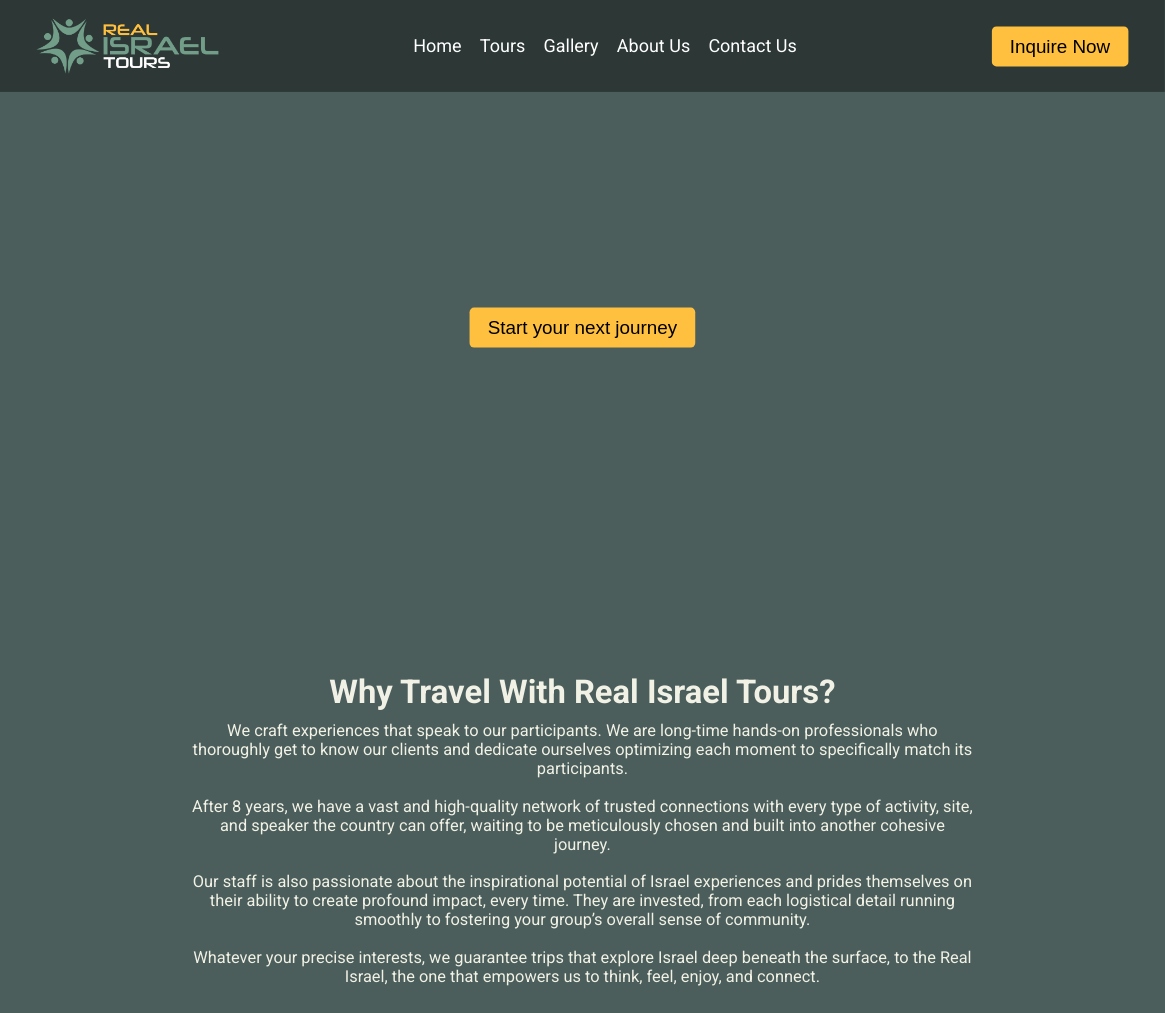
Repository: Pafestivo/realIsraelTours
Page: / (app in frontend/)
These files come from the project's save history. The page is drawn as it stood at one moment and after the next save; the edit follows.
The browser window is 1280 px wide. The pictures show the whole page, at 91% of full size.
The project was rebuilt for these pictures with package versions that can differ from the ones it lists, and the page was loaded fresh each time. The framework's server and built-in components were replaced by stand-ins that run in the browser. Also part of the build but not shown: frontend/next.config.js.

Above is the page before, as saved 2023-09-19 22:01:09.

### frontend/src/app/layout.tsx
import type { Metadata } from "next";
import "@/styles/globals.css";
import { roboto } from "@/app/fonts";

export const metadata: Metadata = {
  title: "Real Israel Tours",
  description: "Plan your next tour",
};

export default function RootLayout({
  children,
}: {
  children: React.ReactNode;
}) {
  return (
    <html lang="en">
      <body className={roboto.className}>{children}</body>
    </html>
  );
}

### frontend/src/app/page.tsx
import Header from "@/components/Header";
import "@/styles/homePage.css";

export default function Home() {
  return (
    <div>
      <Header />
      <div className="cta-div">
        <button>Start your next journey</button>
      </div>
      <div className="pageContainer">
        <h1>Why Travel With Real Israel Tours?</h1>
        <div className="info-block">
          We craft experiences that speak to our participants. We are long-time
          hands-on professionals who thoroughly get to know our clients and
          dedicate ourselves optimizing each moment to specifically match its
          participants.
        </div>
        <div className="info-block">
          After 8 years, we have a vast and high-quality network of trusted
          connections with every type of activity, site, and speaker the country
          can offer, waiting to be meticulously chosen and built into another
          cohesive journey.
        </div>
        <div className="info-block">
          Our staff is also passionate about the inspirational potential of
          Israel experiences and prides themselves on their ability to create
          profound impact, every time. They are invested, from each logistical
          detail running smoothly to fostering your group’s overall sense of
          community.
        </div>
        <div className="info-block">
          Whatever your precise interests, we guarantee trips that explore
          Israel deep beneath the surface, to the Real Israel, the one that
          empowers us to think, feel, enjoy, and connect.
        </div>
      </div>
    </div>
  );
}

### frontend/src/styles/globals.css
:root {
  --main-bg-color: #4b5e5b;
  --main-title-color: #F1F1E6;
  --main-text-color: #F1F1E6;
  --accent-orange: #ffc03f;
}

* {
  padding: 0;
  margin: 0;
  box-sizing: border-box;
}

body {
  font-size: 18px;
  background-color: var(--main-bg-color);
}

a {
  color: inherit;
  text-decoration: none;
}

.mobile-only {
  display: none;
}

.desktop-only {
  display: block;
}

@media screen and (max-width: 768px) {
  .mobile-only {
    display: block;
  }

  .desktop-only {
    display: none;
  }
}

### frontend/src/app/fonts.tsx
import { Inter, Merriweather, Roboto } from "next/font/google";

export const inter = Inter({ subsets: ["latin"] });

export const merriweather = Merriweather({
  weight: ["400", "700"],
  style: ["normal", "italic"],
  subsets: ["latin"],
  display: "swap",
});

export const roboto = Roboto({
  weight: ["400", "700"],
  style: ["normal", "italic"],
  subsets: ["latin"],
  display: "swap",
});

// export const Mooli = Mooli({
//   weight: ["400", "700"],
//   style: ["normal", "italic"],
//   subsets: ["latin"],
//   display: "swap",
// });

### frontend/src/components/Header.tsx
"use client";
import React, { useState } from "react";
import Image from "next/image";
import logo from "@/assets/logo.png";
import "@/styles/header.css";
import Link from "next/link";

const Header = () => {
  const [isMenuOpen, setMenuOpen] = useState(false);

  const toggleMenu = () => {
    setMenuOpen(!isMenuOpen);
  };

  return (
    <div className="header">
      <Image className="headerLogo" src={logo} alt="logo" />
      <div className={`navbar ${isMenuOpen ? "open" : ""}`}>
        <button onClick={toggleMenu} className="close-button">
          ✕
        </button>{" "}
        <Link href="/">Home</Link>
        <Link href="/">Tours</Link>
        <Link href="/">Gallery</Link>
        <Link href="/">About Us</Link>
        <Link href="/">Contact Us</Link>
        <button className="inquire mobile-only">Inquire Now</button>
      </div>
      <button onClick={toggleMenu} className="hamburger">
        ☰
      </button>
      <button className="inquire desktop-only">Inquire Now</button>
    </div>
  );
};

export default Header;

### frontend/src/styles/homePage.css
.pageContainer {
  display: flex;
  flex-direction: column;
  justify-content: center;
  margin: 0 auto;
  padding: 20px 120px;
  max-width: 1100px;
  text-align: center;
  color: var(--main-text-color);
}

.cta-div {
  height: 100vh;
  display: flex;
  justify-content: center;
  align-items: center;
}

h1 {
  color: var(--main-title-color);
}

.info-block {
  margin: 10px 0;
}

@media screen and (max-width: 768px) {
  .pageContainer {
    padding: 20px 10px;
  }
}

### frontend/src/styles/header.css
.header {
  position: fixed;
  width: 100vw;
  display: flex;
  justify-content: space-between;
  align-items: center;
  background-color: rgba(0, 0, 0, 0.4);
  padding: 20px 40px;
  z-index: 1000;
}

.headerLogo {
  width: 200px;
  height: auto;
}

.navbar {
  display: flex;
  font-size: 1.1em;
  color: white;
  justify-content: space-around;
  align-items: center;
  column-gap: 20px;
}

button {
  background-color: var(--accent-orange);
  border: none;
  font-size: 1.15em;
  padding: 10px 20px;
  cursor: pointer;
  border-radius: 5px;
}

.hamburger {
  display: none;
}

.close-button {
  font-size: 1.5em;  /* Increase size for tap-ability */
  background: none;
  border: none;
  color: white;  /* Make it the same color as the text for harmony */
  cursor: pointer;
  position: absolute;  /* Absolute position within the navbar */
  top: 15px;  /* Position from the top */
  right: 15px;  /* Position from the right */
  padding: 5px;  /* A little padding to make it more tap-able */
  z-index: 10;  /* Just in case, to make it appear above all other items */
}

@media screen and (min-width: 769px) {
  .close-button {
    display: none;
  }
}

@media screen and (max-width: 768px) {
  .navbar {
    position: fixed;
    right: -100%;
    top: 0;
    bottom: 0;
    width: 100vw;
    font-size: 1.3em;
    flex-direction: column;
    background-color: rgba(255, 192, 63, 0.9);
    color: black;
    transition: right 0.3s ease-in-out;
    justify-content: flex-start;
    align-items: center;
    row-gap: 20px;
    padding: 110px 0; /* Reduced right/left padding */
    font-size: 1.4em; /* Increased font size for better readability */
    background-color: #333;  /* Darker background */
    color: white; /* Keep text color white for contrast */
    row-gap: 30px; /* Increased gap between rows for breathing space */
  }

  /* Adding a hover effect to indicate interactivity */
  .navbar a:hover,
  .navbar button:hover {
    color: var(--accent-orange); /* Add your own accent color */
  }

  .navbar.open {
    right: 0;
  }

  .hamburger {
    display: block;
  }
}

/* Media query for very large screens */
@media screen and (min-width: 1440px) {
  .navbar {
    font-size: 1.5em;
  }

  button {
    font-size: 1.5em;
  }
}

After the next save:
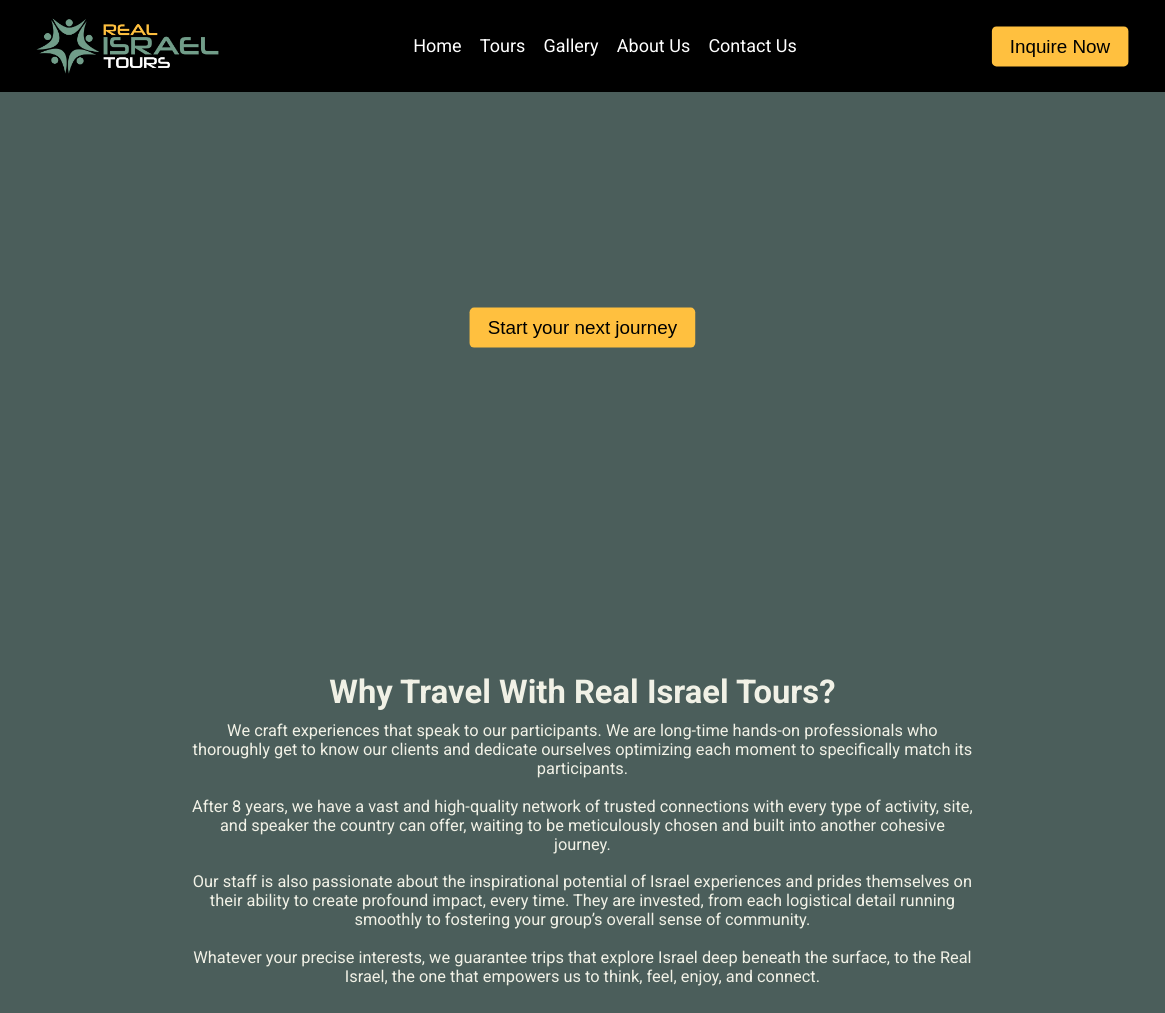
Saved 7 min 49 s later.
--- a/frontend/src/styles/header.css
+++ b/frontend/src/styles/header.css
@@ -4,9 +4,14 @@
   display: flex;
   justify-content: space-between;
   align-items: center;
-  background-color: rgba(0, 0, 0, 0.4);
+  background-color: rgba(0, 0, 0, 1);
+  transition: background-color 0.3s ease;
   padding: 20px 40px;
   z-index: 1000;
+}
+
+.header.transparent {
+  background-color: rgba(0, 0, 0, 0.4);  // Semi-transparent
 }
 
 .headerLogo {

After the 2 saves that followed:
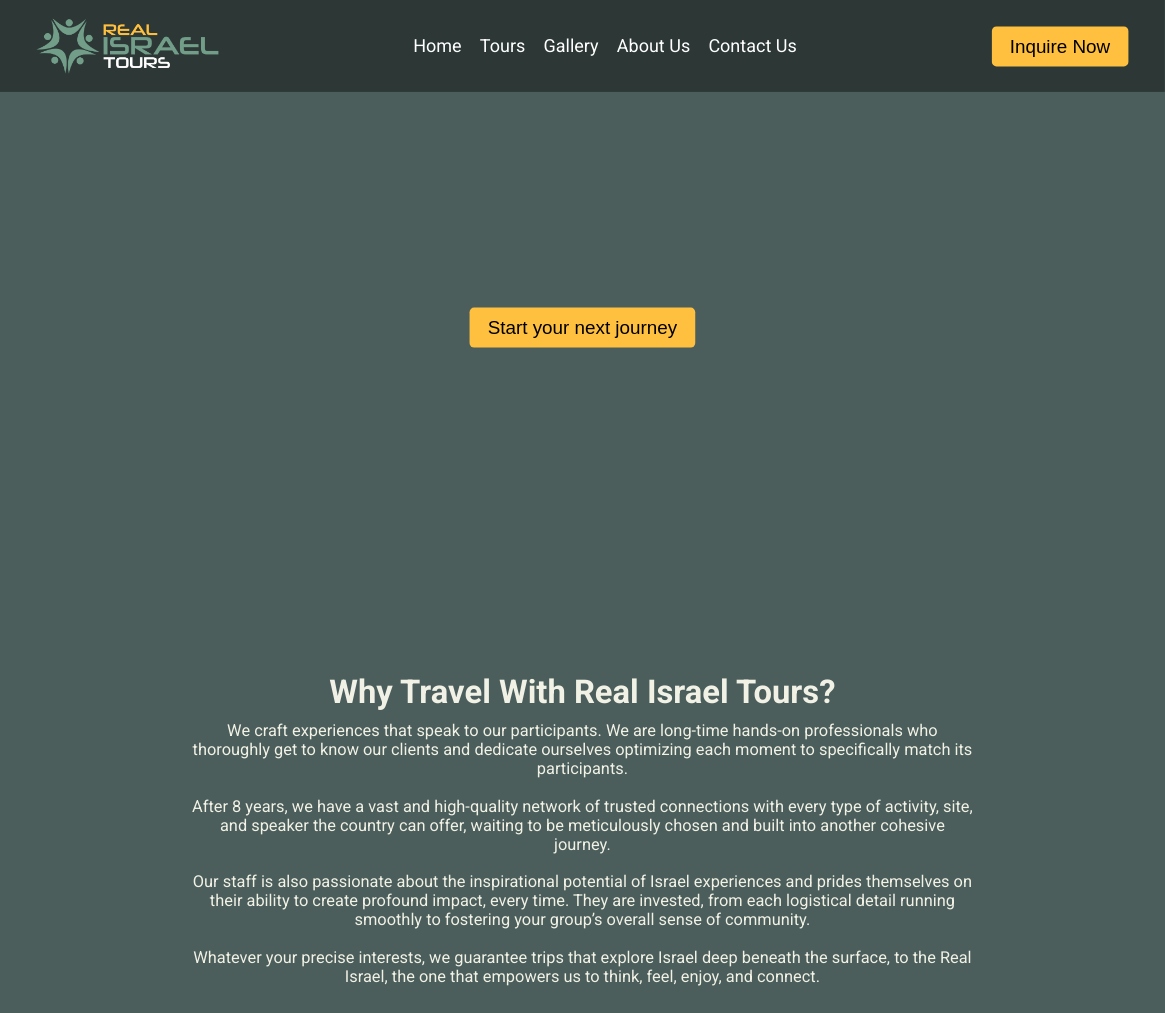
The 2 saves are shown as one change because 1 left the picture as it was.
The last was saved 80 s later.
--- a/frontend/src/components/Header.tsx
+++ b/frontend/src/components/Header.tsx
@@ -1,5 +1,5 @@
 "use client";
-import React, { useState } from "react";
+import React, { useEffect, useState } from "react";
 import Image from "next/image";
 import logo from "@/assets/logo.png";
 import "@/styles/header.css";
@@ -7,13 +7,26 @@
 
 const Header = () => {
   const [isMenuOpen, setMenuOpen] = useState(false);
+  const [isScrolled, setIsScrolled] = useState(false);
 
   const toggleMenu = () => {
     setMenuOpen(!isMenuOpen);
   };
 
+  useEffect(() => {
+    const handleScroll = () => {
+      setIsScrolled(window.scrollY > 0);
+    };
+
+    window.addEventListener("scroll", handleScroll);
+
+    return () => {
+      window.removeEventListener("scroll", handleScroll);
+    };
+  }, []);
+
   return (
-    <div className="header">
+    <div className={`header ${isScrolled ? "" : "transparent"}`}>
       <Image className="headerLogo" src={logo} alt="logo" />
       <div className={`navbar ${isMenuOpen ? "open" : ""}`}>
         <button onClick={toggleMenu} className="close-button">
--- a/frontend/src/styles/header.css
+++ b/frontend/src/styles/header.css
@@ -11,7 +11,7 @@
 }
 
 .header.transparent {
-  background-color: rgba(0, 0, 0, 0.4);  // Semi-transparent
+  background-color: rgba(0, 0, 0, 0.4);
 }
 
 .headerLogo {
